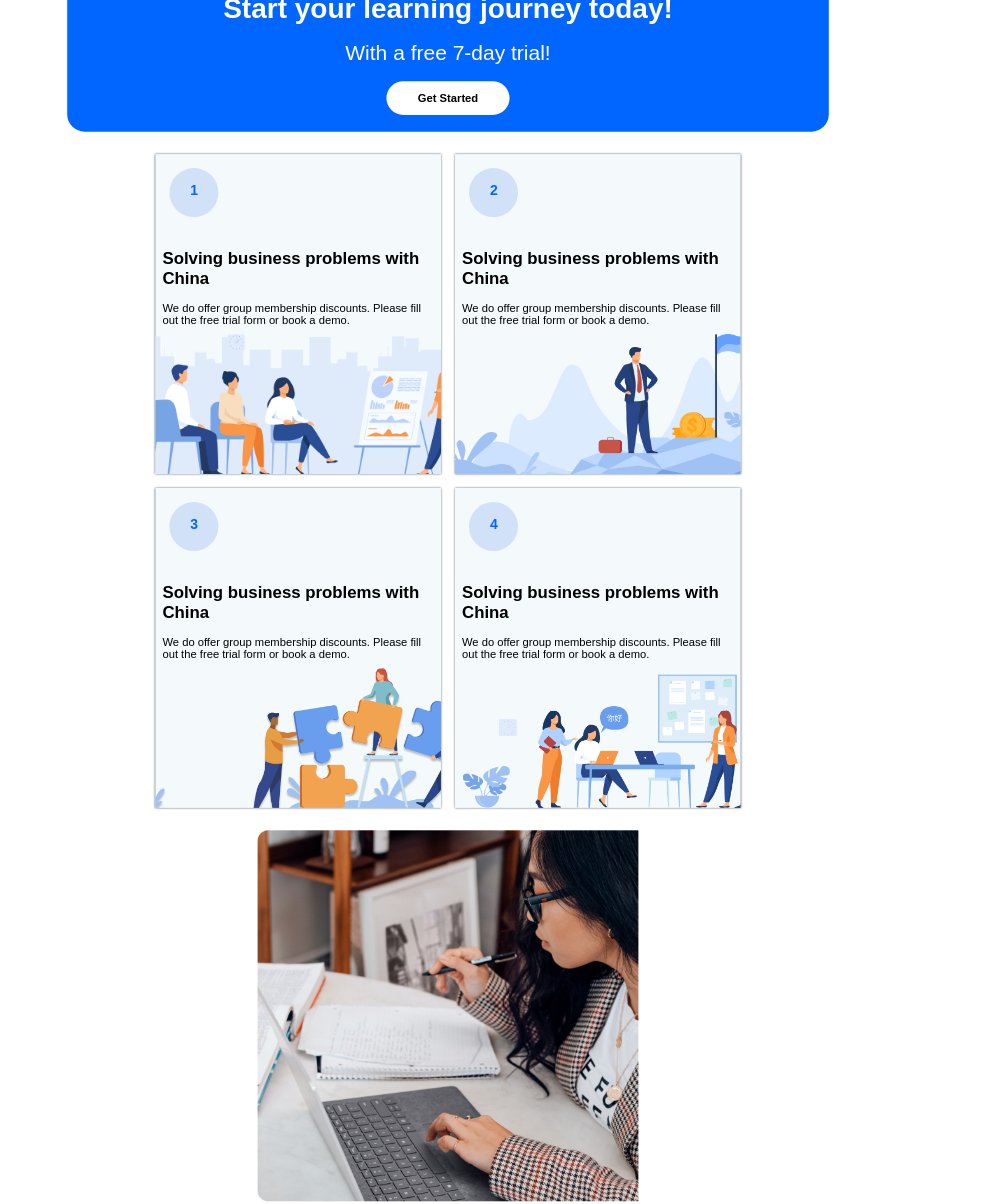
Repository: BinhIT/ChineseLearn
Page: index.html
The author's editor kept a copy of each file at every save. The page is drawn from the files as they stood at one save, then again after the next save.
The browser window is 1280 px wide. The page is 1436 px wide, so the pictures cover 1436 px, including what lies to the right of the window. The pictures show the part of the page from y = 2653 to 4373 px (the page is 4373 px tall), at 70% of full size.

Above is the page before, as saved 2023-03-02 08:01:57.
Console error: ReferenceError: $ is not defined

### index.html
<!DOCTYPE html>
<html lang="en">

<head>
    <meta charset="UTF-8">
    <meta http-equiv="X-UA-Compatible" content="IE=edge">
    <meta name="viewport" content="width=device-width, initial-scale=1.0">
    <link rel="icon" type="image/x-icon" href="./image/uil_english-to-chinese.svg">
    <meta name="viewport" content="width=device-width, initial-scale=1">
    <link rel="stylesheet" href="https://cdnjs.cloudflare.com/ajax/libs/font-awesome/4.7.0/css/font-awesome.min.css">
    <meta name="viewport" content="width=device-width, initial-scale=1">
    <link rel="stylesheet" href="https://cdnjs.cloudflare.com/ajax/libs/font-awesome/4.7.0/css/font-awesome.min.css">
    <link rel="stylesheet" href="./css/main.css">
    <link rel="stylesheet" href="./css/header.css">
    <link rel="stylesheet" href="./css/section.css">
    <link rel="stylesheet" href="./css/stories_card.css">
    <link rel="stylesheet" href="./css/4step.css">
    <title>Learn Chinese </title>
</head>

<body>
    <nav id="menu_header">
        <a href="javascript:void(0);" class="icon_nav" onclick="myFunction()">
            <i class="fa fa-bars"></i>
        </a>
        <label class="logo_main"><img src="./image/logo.png" alt=""></label>
        <label class="logo_mobile"><img src="./image/logo_short.png" alt=""></label>
        <ul id="menu_link">
            <li><a href="#">About us</a></li>
            <li><a href="#">Fricing</a></li>
            <li><a href="#">Help</a></li>
        </ul>
        <ul id="menu_btn">
            <button class="btn default">Sign In</button>
            <button class="btn info">Get Started</button>
        </ul>

    </nav>
    <!-- Hero section -->
    <section class="hero-section">
        <div class="row flex-container ">
            <div class="hero-col1">
                <h1>We help you learn chinese and get hired quickly</h1>
                <h4>The free, fun, and effective way to learn a language!</h4>
                <button class="btn btn_hero">Get Started</button>
            </div>
            <div class="hero-col2">
                <img src="./image/img-hero.png" alt="">
            </div>
        </div>

    </section>
    <!--End hero section -->
    <!-- Start section -->
    <section class="start-section">
        <div class="row flex-container">
            <div class="start-img">
                <img src="./image/start.png" alt="">
            </div>
            <div class="start-content">
                <h1>Start your business</h1>
                <p>Want to start speaking Chinese from your first lesson? You will! Our lessons take you by the hand and
                    guide you through real Chinese conversations. Our teachers slow down and explain every word and
                    phrase.
                </p>
                <p>
                    Just imagine... you’ll finally understand every Chinese word you hear.Learning for travel or love?
                    Want
                    to focus on reading, writing, grammar or culture? You get lessons based on your goals and needs.
                </p>
            </div>

        </div>

    </section>
    <!--End Start section -->
    <!-- Innovative section -->
    <section class="row innovative-section">
        <div class=" innovative-container">
            <div class="innovative-content">
                <h1>Innovative teaching methods</h1>
                <h4>Transform your life by committing to learning for 30 minutes a day</h4>
            </div>
            <div class="innovative-img">
                <img src="./image/innovative.png" alt="">
            </div>

        </div>

    </section>
    <!--End Innovative section -->
    <!-- Section stories student -->
    <section class="stories-section">
        <h1>Success stories of our students</h1>
        <div class="wrapper">

            <div class="card">
                <div class="card-banner">
                    <img class="icon-img" src='./image/bi_chat-quote.svg' alt=''>
                </div>
                <div class="card-body">
                    <p class="blog-description">"The courses are hands-on and allow you to practice as you learn so the
                        concepts stick better. Their Career Paths and interview prep content also offer general insights
                        and helpful tips on job searching in tech."
                    </p>
                    <div class="card-profile">
                        <img class="profile-img" src='./image/Ellipse 1.png' alt=''>
                        <div class="card-profile-info">
                            <h3 class="profile-name">Savannah Nguyen</h3>
                            <p class="profile-followers">Medical Assistant</p>
                        </div>
                    </div>
                </div>
            </div>

            <div class="card">
                <div class="card-banner">
                    <img class="icon-img" src='./image/bi_chat-quote.svg' alt=''>
                </div>
                <div class="card-body">
                    <p class="blog-description">"Great courses and very helpful tips for career build-up! I love the
                        learning methods, very complete with projects and quizzes that help you review your knowledge."
                    </p>

                    <div class="card-profile">
                        <img class="profile-img" src='./image/Ellipse 2.png' alt=''>
                        <div class="card-profile-info">
                            <h3 class="profile-name">Savannah Nguyen</h3>
                            <p class="profile-followers">Dog Trainer</p>
                        </div>
                    </div>
                </div>
            </div>

            <div class="card">
                <div class="card-banner">
                    <img class="icon-img" src='./image/bi_chat-quote.svg' alt=''>
                </div>
                <div class="card-body">
                    <p class="blog-description">"It is so helpful to have a thoroughly designed curriculum put together
                        for a step by step learning journey. The little coding tasks and bigger projects are well
                        designed to reinforce the concepts."
                    </p>

                    <div class="card-profile">
                        <img class="profile-img" src='./image/Ellipse 3.png' alt=''>
                        <div class="card-profile-info">
                            <h3 class="profile-name">Cody Fisher</h3>
                            <p class="profile-followers">Web Designer</p>
                        </div>
                    </div>
                </div>
            </div>

        </div>
    </section>
    <!--End  Section stories student -->
    <!-- Section call to action -->
    <section class="call-action-section">
        <div class="wrapper call-action-wrapper">
            <h1>Start your learning journey today!</h1>
            <h3>With a free 7-day trial!</h3>
            <div>
                <button class="btn btn_defaut">Get Started</button>
            </div>

        </div>
    </section>
    <!--End  Section call to action -->
    <!-- Section steps-->
    <section class="steps-section">
        <div class="wrapper steps-wrapper">
            <div class="card-steps">
                <div class="card-steps-action">
                    <div class="step-number">
                        <h4>1</h4>
                    </div>
                </div>
                <div class="card-steps-content">
                    <h2>Solving business problems with China</h2>
                    <p>We do offer group membership discounts. Please fill out the free trial form or book a demo.</p>
                </div>
                <div class="card-steps-image" style="background-image: url('./image/step1-bg.png')">
                </div>
            </div>
            <div class="card-steps">
                <div class="card-steps-action">
                    <div class="step-number">
                        <h4>2</h4>
                    </div>
                </div>
                <div class="card-steps-content">
                    <h2>Solving business problems with China</h2>
                    <p>We do offer group membership discounts. Please fill out the free trial form or book a demo.</p>
                </div>
                <div class="card-steps-image" style="background-image: url('./image/step2-bg.png')">
                </div>
            </div>
            <div class="card-steps">
                <div class="card-steps-action">
                    <div class="step-number">
                        <h4>3</h4>
                    </div>
                </div>
                <div class="card-steps-content">
                    <h2>Solving business problems with China</h2>
                    <p>We do offer group membership discounts. Please fill out the free trial form or book a demo.</p>
                </div>
                <div class="card-steps-image" style="background-image: url('./image/step3-bg.png')">
                </div>
            </div>
            <div class="card-steps">
                <div class="card-steps-action">
                    <div class="step-number">
                        <h4>4</h4>
                    </div>
                </div>
                <div class="card-steps-content">
                    <h2>Solving business problems with China</h2>
                    <p>We do offer group membership discounts. Please fill out the free trial form or book a demo.</p>
                </div>
                <div class="card-steps-image" style="background-image: url('./image/step4-bg.png')">
                </div>
            </div>


        </div>

    </section>
    <!--End  Section steps -->
    <!-- Section QA-->
    <section class="qa-section">
        <div class="wrapper">
            <div class="qa-img">
                <img src="./image/QA.png" alt="">
            </div>
            <div class="qa-content">
                <div class="div-question"></div>
            </div>
        </div>
    </section>
</body>
<script src="./js/header.js"></script>

</html>

### css/main.css
:root {
    --clr-gray-light: #d7dfe2;
    --clr-gray-med: #616b74;
    --clr-gray-dark: #414b56;
    --clr-primary: #0066FF;
    ;
}

@import url('https://fonts.googleapis.com/css2?family=Poppins:wght@500;600&display=swap');



* {
    padding: 0;
    margin: 0;
    text-decoration: none;
    list-style: none;
    font-family: 'Poppins', sans-serif;

}

body {
    width: 85%;
    padding: auto;
    margin: auto;
}

.wrapper {
    padding-top: 2%;
    display: flex;
    flex-wrap: wrap;
    justify-content: center;
}

.btn {
    border-radius: 25px;
    font-size: 16px;
    cursor: pointer;
    border: none;

}

.btn_defaut {
    background-color: #fff;
    padding: 15px 45px;
    font-weight: 700;
    color: #000;

}

.call-action-wrapper {
    color: #ffff;
    text-align: center;
    line-height: 4em;
    background-color: var(--clr-primary);
    flex-direction: column;
    height: 14em;
    border-radius: 25px;

}

.call-action-wrapper h1 {
    font-size: 40px;
}

.call-action-wrapper h3 {
    font-size: 30px;
    font-weight: 400;
}

### css/header.css
#menu_header {
    display: flex;
    flex-wrap: nowrap;
    justify-content: space-between;
    align-items: center;
}

nav {
    height: 65px;
    margin: 0 auto;
    background: #ffffff;
    border-bottom: 2px solid #B3B3B3;
}

label.logo {
    font-size: 35px;
    font-weight: bold;
    color: #fff;
    padding: 0 100px;
    line-height: 80px;
}

nav ul {
    float: right;
    margin-right: 40px;
}

nav li {
    display: inline-block;
    margin: 0 8px;
    line-height: 80px;
}

nav a {
    color: #000000;
    font-size: 18px;
    font-weight: 700;
    border: 1px solid transparent;
    padding: 7px 10px;
    border-radius: 3px;
}

a.active,
a:hover {
    border: 1px solid #000000;
    transition: .5s;
}


/* Blue */
.info {
    background-color: #0066FF;
    border-color: #2196F3;
    color: rgb(255, 255, 255);
    padding: 8px 28px;
}

.info:hover {
    background: #0066FF;
    color: white;
}

/* Gray */
.default {
    border-color: #e7e7e7;
    color: black;
    padding: 8px 28px;
}

.default:hover {
    background: #e7e7e7;
}

/* logo */
.logo_mobile {
    display: none;
}

#menu_header .icon_nav {
    display: none;

}



@media only screen and (max-width:854px) {
    .logo_mobile {
        display: block;
    }

    .logo_main {
        display: none;
    }

    nav {
        width: 95%;
    }

    #menu_header .icon_nav {
        display: block;
        width: 30%;
    }

    #menu_btn {
        display: contents;
        float: right;
    }

    #menu_btn .default {
        display: none;
    }

    #menu_header #menu_link {
        display: none;
    }

    .btn_header {
        font-size: 5px;
        padding: 8px 25px;
    }


}

@media only screen and (max-width: 1024px) {
    nav #icon {
        display: block;
    }

    .logo_mobile {
        display: block;
        width: 15%;
    }

    .logo_main {
        display: none;
    }

    nav a {
        font-size: 18px;
    }

    a.active,
    a:hover {
        border: none;
        color: #3498db;
    }

    nav ul.show {
        left: 0;
    }

    .btn_header {

        font-size: 8px;
    }
}

### css/section.css
/* section hero */
.row {

    margin: auto;
    padding: auto;
}

.hero-section {
    padding-top: 5%;
}

.hero-col1 {
    padding-top: 4%;
    line-height: 5em;
}

.hero-col1 h1 {
    font-size: 45px;

}

.flex-container {
    display: flex;
}

.btn_hero {
    background-color: var(--clr-primary);
    border-color: #2196F3;
    color: rgb(255, 255, 255);
    padding: 10px 35px;
}

/* Start section */
.start-section {
    margin-top: 5%;
}

.start-content {
    padding: 5% 5%;
    margin: auto;
}

.start-content h1 {
    font-size: 40px;
}

.start-content p {
    font-size: 20px;
    padding-top: 5%;
}

/* innovative-section */
.innovative-section {
    margin-top: 5%;
    background-color: var(--clr-primary);
    text-align: center;
    border-radius: 25px;
}

.innovative-container {
    display: flex;
    flex-direction: column;
    justify-content: space-around;
}

.innovative-content {
    line-height: 4em;
    display: block;
    margin-left: auto;
    margin-right: auto;
    padding: 2%;
    color: #ffffff;
}

.innovative-content h1 {
    font-size: 40px;
}

.innovative-content h4 {
    font-weight: 300;
    font-size: 30px;
}

.innovative-img img {
    padding-top: 2%;
}

/* reponsive section */
@media screen and (max-width: 1265px) {
    .flex-container {
        flex-wrap: wrap;
    }

    .innovative-img img {
        max-width: 90%;
    }


}

/* tablet */
@media screen and (max-width: 1024px) {
    .hero-col1 h1 {
        font-size: 50px;

    }

    .hero-col1 h4 {
        font-size: 30px;

    }

    .innovative-img img {
        max-width: 90%;
    }
}

/* Mobile */
@media only screen and (min-width: 595px) and (max-width:765px) {
    .hero-col1 {
        line-height: 4em;
    }

    .hero-col1 h1 {
        font-size: 50px;

    }

    .hero-col1 h4 {
        font-size: 30px;

    }


    .start-img img {
        width: 85%;
    }

    .start-content h1 {
        font-size: 25px;
    }

    .start-content p {
        font-size: 15px;
    }

    .hero-col2 img {
        width: 85%;
        padding: 5% 5%;
    }

}

@media only screen and (min-width: 360px) and (max-width:594px) {
    .hero-col1 {
        line-height: 3em;
    }

    .hero-col2 img {
        padding: 5% 5%;
    }

    .hero-col1 h1 {
        font-size: 35px;
    }

    .hero-col1 h4 {
        font-size: 19px;

    }

    .start-img img {
        width: 85%;
    }

    .start-content h1 {
        font-size: 25px;
    }

    .start-content p {
        font-size: 15px;
    }

    .hero-col2 img {
        width: 85%;
        padding: 5% 5%;
    }
}

### css/stories_card.css
.card {
    overflow: hidden;
    box-shadow: 0px 2px 20px var(--clr-gray-light);
    background: white;
    border-radius: 0.5rem;
    position: relative;
    width: 350px;
    margin: 1rem;
    transition: 250ms all ease-in-out;
    cursor: pointer;
}

.card:hover {
    transform: scale(1.05);
    box-shadow: 0px 2px 40px var(--clr-gray-light);
}

.icon-img {
    padding-top: 2%;
    height: 2rem;
    width: 14%;
}


.card-body {
    margin: 2rem 1rem 1rem 1rem;
}

.blog-hashtag {
    font-size: 0.9rem;
    font-weight: 500;
    color: var(--clr-link);
}

.blog-title {
    line-height: 1.5rem;
    margin: 1rem 0 0.5rem;
}

.blog-description {
    color: var(--clr-gray-med);
    font-size: 0.9rem;
    text-align: left;
}

.card-profile {
    display: flex;
    margin-top: 2rem;
    align-items: center;
}

.profile-img {
    width: 60px;
    height: 60px;
    object-fit: cover;
    border-radius: 50%;
}

.card-profile-info {
    margin-left: 1rem;
}

.profile-name {
    font-size: 1rem;
}

.profile-followers {
    color: var(--clr-gray-med);
    font-size: 0.9rem;
}

.stories-section h1 {
    padding-top: 2%;
    text-align: center;
}

### css/4step.css
.card-steps {
    width: calc(39.33333% - 20px);
    display: flex;
    flex-wrap: wrap;
    flex-direction: column;
    margin: 10px;
    background-color: rgb(244, 249, 252);
    box-shadow: 0 0 3px var(--clr-gray-med);
}

.card-steps-image {
    flex: 0 0 auto;
    min-height: 100px;
    height: 200px;
    background-size: cover;
    background-position: center;
}

.card-steps-content {
    padding-top: 15%;
    flex: 1 0 auto;
    width: 100%;

}

.card-steps-content * {
    padding: 10px
}

.card-steps-action {
    flex: 0 0 auto;
    align-self: flex-end;
    width: 100%;
    height: 4em;
}

.card-steps-action * {
    padding: 10px;
}

.step-number {
    background-color: #D1E1F8;
    text-align: center;
    color: var(--clr-primary);
    border-radius: 100%;
    font-size: 20px;
    margin: 5% 5%;
    width: 50px;
    height: 50px;
}

@media (max-width: 768px) {
    .container {
        margin: 0;
    }

    .card-steps {
        width: 100%;
        flex-direction: row;
    }

    .card-steps-image {
        height: auto;
        flex: 1 0;
    }

    .card-steps-content {
        flex: 2 0;
    }

    .card-steps-action {
        flex: 1 0 100%;
    }
}

### js/header.js
var $animation_elements = $('.animation-element');
var $window = $(window);

function check_if_in_view() {
    var window_height = $window.height();
    var window_top_position = $window.scrollTop();
    var window_bottom_position = (window_top_position + window_height);

    $.each($animation_elements, function () {
        var $element = $(this);
        var element_height = $element.outerHeight();
        var element_top_position = $element.offset().top;
        var element_bottom_position = (element_top_position + element_height);

        //check to see if this current container is within viewport
        if ((element_bottom_position >= window_top_position) &&
            (element_top_position <= window_bottom_position)) {
            $element.addClass('in-view');
        } else {
            $element.removeClass('in-view');
        }
    });
}

$window.on('scroll resize', check_if_in_view);
$window.trigger('scroll');

After the next save:
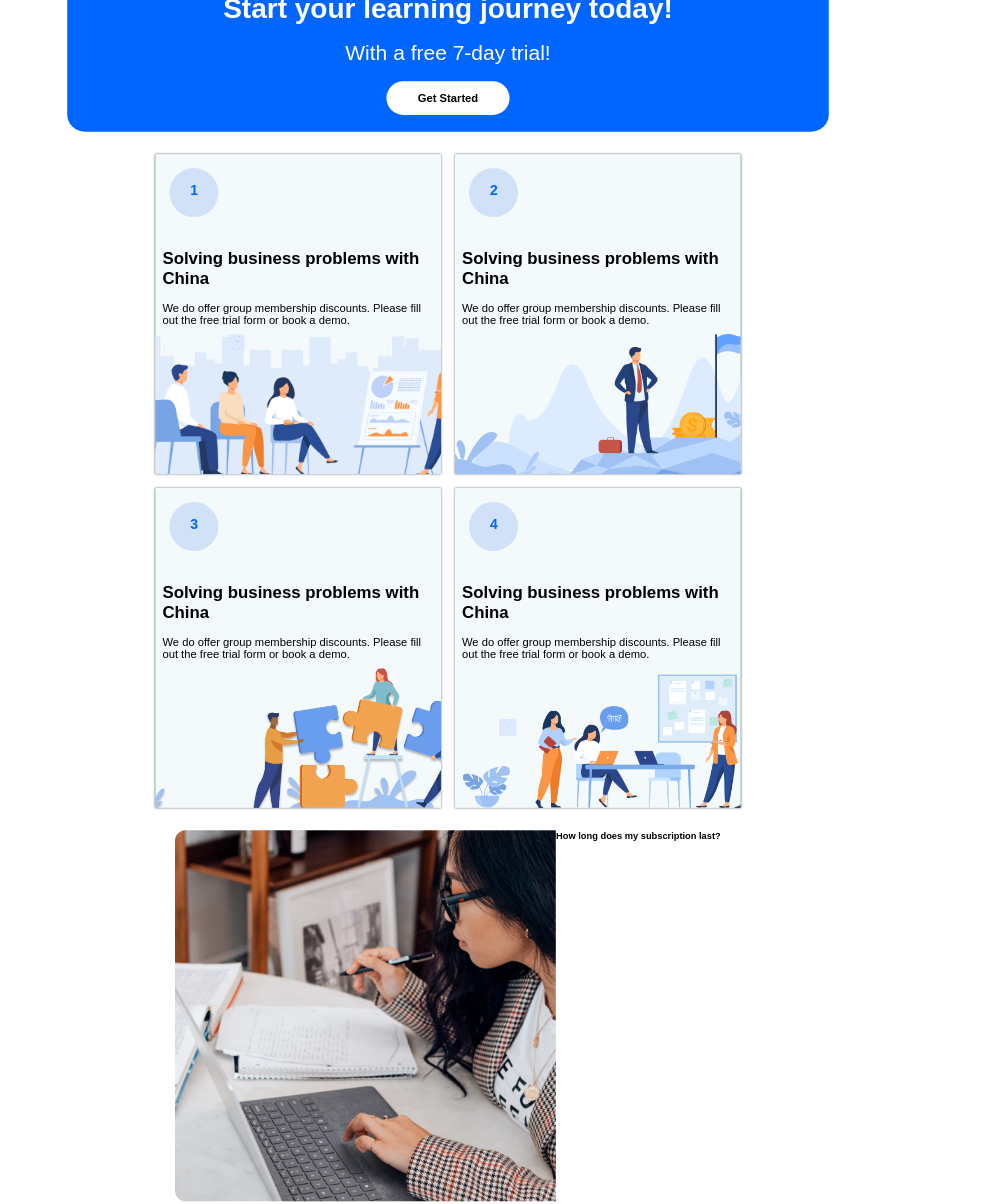
Saved 66 s later.
--- a/index.html
+++ b/index.html
@@ -235,7 +235,9 @@
                 <img src="./image/QA.png" alt="">
             </div>
             <div class="qa-content">
-                <div class="div-question"></div>
+                <div class="div-question">
+                    <h5>How long does my subscription last?</h5>
+                </div>
             </div>
         </div>
     </section>
